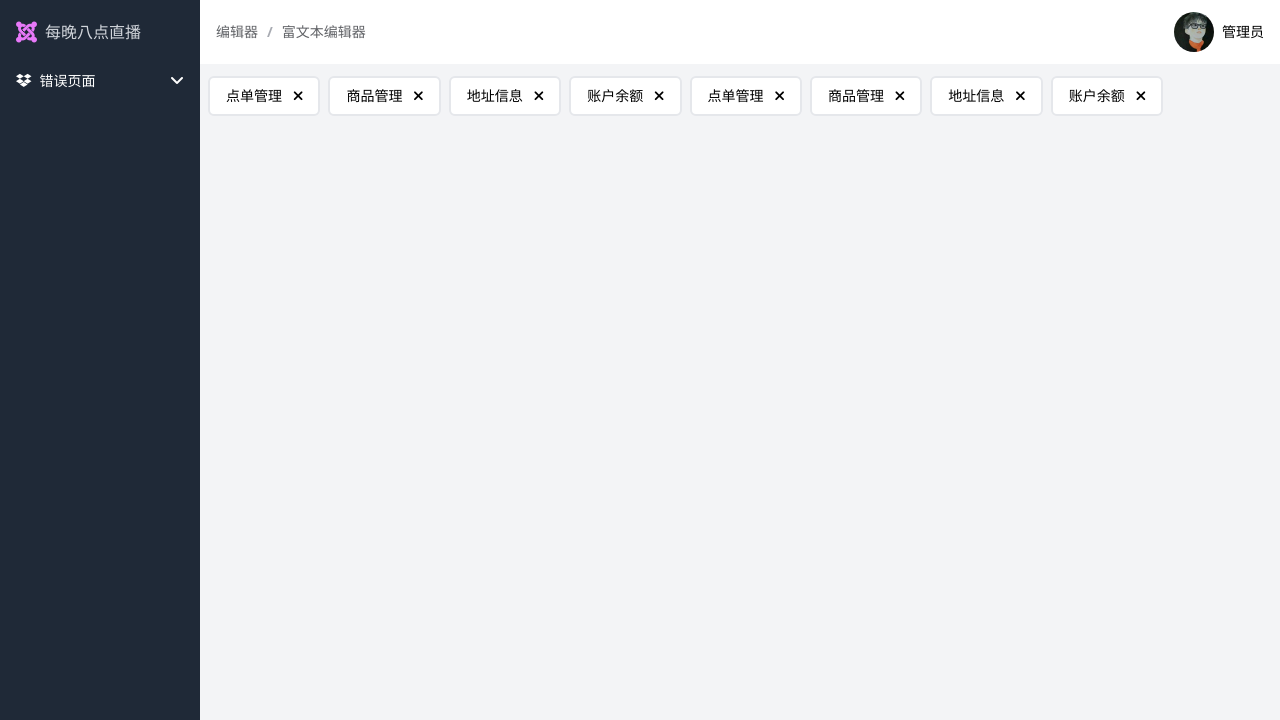
Repository: liangyingbo/vite-vue-TS
Page: /#/admin
An editor plug-in stored every save of this project. The page is shown before and after a run of saves, followed by the edit.
The browser window is 1280 px wide. The pictures show the whole page.
The project was rebuilt for these pictures with package versions that can differ from the ones it lists, and the page was loaded fresh each time. Also part of the build but not shown: vite.config.ts, src/components/form/HdButton.vue, src/components/form/HdInput.vue, src/components/form/hdLink.vue, src/styles/global.scss.

Above is the page before, as saved 2022-11-20 09:10:12.

### index.html
<!DOCTYPE html>
<html lang="en">
  <head>
    <meta charset="UTF-8" />
    <link rel="icon" type="image/svg+xml" href="/vite.svg" />
    <meta name="viewport" content="width=device-width, initial-scale=1.0" />
    <link href="https://cdn.bootcdn.net/ajax/libs/font-awesome/6.2.0/css/all.css" rel="stylesheet">
    <title>Vite + Vue + TS</title>
  </head>
  <body>
    <div id="app"></div>
    <script src="https://cdn.bootcdn.net/ajax/libs/echarts/5.4.0/echarts.min.js"></script>
    <script type="module" src="/src/main.ts"></script>
  </body>
</html>

### src/main.ts
import { createApp } from 'vue'
import router, { setupRouter } from '@/router'
import { setupPlugins } from '@/plugins'
import '@/styles/global.scss'
import App from './App.vue'

async function bootstrap() {
    const app = createApp(App)
    setupRouter(app)
    setupPlugins(app)
    await router.isReady()
    app.mount('#app')
}
bootstrap()

### src/router/index.ts
import { App } from 'vue';
import { createRouter, createWebHashHistory } from 'vue-router'
import routes from './routes';
import layoutRoutes from './autoLoad/index';
import guard from './guard';
const router = createRouter({
    history: createWebHashHistory(),
    routes : [...routes,...layoutRoutes]
})
export function setupRouter(app:App){

    guard(router)
    app.use(router)
}

export default router;

### src/plugins/index.ts
import { App } from "vue";
import setupElementPlus from "./elementPlusUI";
import setupPinia from "./pinia";
import { setupTailWindCssPlugin } from "./tailwindcss";

export function setupPlugins(app: App) {
    autoRegisterComponent(app)
    setupTailWindCssPlugin()
    setupElementPlus(app)
    setupPinia(app)
}



function autoRegisterComponent(app: App) {
    const components = import.meta.glob('../components/form/*.vue', { eager: true })
    Object.keys(components).forEach(key => {
        const name = key.split('/').pop()?.split('.')[0] as string

        app.component(name, components[key]?.default)

    })
}

### src/App.vue
<script setup lang="ts">

// import {info} from '@/apis/userApi'

//const response =  info()
// console.log(response.then(res=>res.data.age))
// console.log()

 </script>

 <template>

    <router-view ></router-view>
 </template>

<style scoped>
</style>

### src/router/routes.ts
import { RouteRecordRaw } from "vue-router"
 const routes = [
    {
        path:'/home',
        name:'home',
        component:() => import("@/views/home.vue"),
    }
]  as  RouteRecordRaw[]

export default routes

### src/router/autoLoad/index.ts
import { RouteRecordRaw } from "vue-router";
import autoLoadRoutesByModule from "./module";
import getRoutes from './view'

let routes = [] as RouteRecordRaw[];

if (import.meta.env.VITE_AUTOLOAD === true || import.meta.env.VITE_AUTOLOAD === 'true') {
    routes = getRoutes()
} else {
    routes = autoLoadRoutesByModule()
}
export default routes

### src/router/guard.ts
import { RouteLocationNormalized, Router } from "vue-router"


class Guard {
    constructor(private router: Router) { }

    public run() {
        this.router.beforeEach((to, from) => {
             if (!this.isLogin(to)) return { name: 'auth.login' }
         })
    }

    private isLogin(route: RouteLocationNormalized) {
          return true
    }
}

export default (router: Router) => {
    new Guard(router).run()
}

### src/plugins/elementPlusUI/index.ts
import { App } from "vue";
import ElementPlus from 'element-plus'
import 'element-plus/dist/index.css'


export default function setupElementPlus(app: App) {
    app.use(ElementPlus)
}

### src/plugins/pinia/index.ts
import { App } from "vue";
import { createPinia } from 'pinia'

export default function setupPinia(app: App) {
    app.use(createPinia())
}

### src/plugins/tailwindcss/index.ts
import './tailwindcss.css'

export function setupTailWindCssPlugin(){

}

### src/router/autoLoad/module.ts
import { RouteRecordRaw } from "vue-router"

export default function autoLoadRoutesByModule() {
    const moduleRoute = import.meta.glob('../module/*.ts',{eager:true})
    const route = [] as RouteRecordRaw[]
    Object.keys(moduleRoute).forEach(key =>{

        route.push(moduleRoute[key]?.default)
    })
    return route
}

### src/router/autoLoad/view.ts
import { RouteRecordRaw } from "vue-router";


const layout = import.meta.glob('../../layouts/*vue')
const children = import.meta.glob('../../views/**/*.vue')

function getRoutes() {
    const layoutRoutes = [] as RouteRecordRaw[]
     Object.entries(layout).forEach(([file, module]) => {
        const route = getRouteByModule(file, module)
         route.children = getChildrenRoutes(route)
        layoutRoutes.push(route)
    })
    return layoutRoutes
}


// 根据布局路由匹配子路由
function getChildrenRoutes(layoutRoute: RouteRecordRaw) {
    const routes = [] as RouteRecordRaw[]
    Object.entries(children).forEach(([file, module]) => {
        if (file.includes(`../views/${layoutRoute.name as string}`)) {
            const route = getRouteByModule(file, module)
            routes.push(route)
        }
    })
    return routes
}

function getRouteByModule(file: string, module: () => Promise<unknown>) {
    const name = file.replace(/.+layouts\/|.+views\/|\.vue/gi, '')
    const route = {
        name: name.replace('/', '.'),
        path: `/${name}`,
        component: module
    } as RouteRecordRaw
    console.log(route)
    return route
}
export default getRoutes

### src/router/module/admin.ts
import { RouteRecordRaw } from "vue-router";

export default {
    name:'admin',
    path:'/admin',
    component: () => import('@/layouts/admin.vue'),
    children:[
        {
            name:'admin/home',
            path:'home',
            component:() => import("@/views/admin/home.vue")
        }
    ]
} as RouteRecordRaw

### src/router/module/editor.ts
import { RouteRecordRaw } from "vue-router";

export default {
    name:'editor',
    path:'/editor',
    component: () => import('@/layouts/editor.vue'),
    children:[
        {
            name:'editor/markdown',
            path:'markdown',
            component:() => import("@/views/editor/markdown.vue")
        },
        {
            name:'editor/base',
            path:'base',
            component:() => import("@/views/editor/base.vue")
        },

    ]
} as RouteRecordRaw

### src/router/module/errors.ts
import { RouteRecordRaw } from "vue-router";

export default {
    name:'error',
    path:'/error',
    component: () => import('@/layouts/admin.vue'),
    meta:{show:true,title:'错误页面',icon:'fab fa-dropbox'},
    children:[
        {
            name:'error.404',
            path:'404',
            component:() => import("@/views/errors/404.vue"),
            meta:{show:true,title:'404页面',icon:'fab fa-dropbox'},
        },
        {
            name:'error.403',
            path:'403',
            component:() => import("@/views/errors/403.vue"),
            meta:{show:true,title:'403页面',icon:'fab fa-dropbox'},

        },
        {
            name:'error.500',
            path:'500',
            component:() => import("@/views/errors/500.vue")
        }
    ]
} as RouteRecordRaw

### src/layouts/admin.vue
<template>
  <div class="admin w-screen min-h-screen flex overflow-hidden">
    <menu-component class="hidden md:block"/>
    <div class="bg-gray-100 flex-1">
      <navbar />
      <HistoryLink class="hidden md:block"/>
      <div class="mt-3 px">
        <router-view></router-view>
      </div>
    </div>
  </div>
</template>

<script lang="ts" setup>
import HistoryLink from "./admin/historyLink.vue";
import menuComponent from "./admin/menu.vue";
import navbar from "./admin/navbar.vue";
</script>

<style lang="scss" scoped></style>

### src/layouts/admin/historyLink.vue
<template>
  <div>
    <div class="mt-3 ml-2 grid grid-flow-col justify-start gap-2">
      <a
        v-for="(l, index) of list"
        :key="index"
        href=""
        class="bg-white border-2 px-4 py-2 rounded-md cursor-pointer text-sm"
        >{{ l.title }}
        <i class="fas fa-xmark ml-2"></i>
      </a>
    </div>
  </div>
</template>

<script lang="ts" setup>
import { ref } from "vue";

const list = ref<{ title: string }[]>([
  {
    title: "点单管理",
  },
  {
    title: "商品管理",
  },
  {
    title: "地址信息",
  },
  {
    title: "账户余额",
  },
  {
    title: "点单管理",
  },
  {
    title: "商品管理",
  },
  {
    title: "地址信息",
  },
  {
    title: "账户余额",
  },
]);
</script>

<style lang="scss" scoped></style>

### src/layouts/admin/menu.vue
<template>
      <div class="w-[200px] py-2 bg-gray-800">
      <div class="text-white flex items-center py-2 px-4">
        <i class="fab fa-joomla text-2xl text-fuchsia-400 mr-2"></i>
        <span class="text-base text-gray-300">每晚八点直播</span>
      </div>
      <div class="left-container">
        <dl v-for="(route, index) of routerStore.routes" :key="index">
          <dt @click="handle(route)">
            <div>
              <i :class="route.meta.icon" class="text-[15px]"></i>
              <span class="ml-2 text-[14px]">{{ route.meta.title }}</span>
            </div>
            <i class="fas fa-angle-down duration-500" :class="{'rotate-180':route.meta.isClick}" ></i>
          </dt>
          <dd
            v-show="route.meta.isClick"
            :class="{ active: routeChild.meta?.isClick }"
            v-for="(routeChild, key) in route.children"
            :key="key"
          >
            {{ routeChild.meta?.title }}
          </dd>
        </dl>
      </div>
    </div>
</template>


<script lang="ts" setup>
import { ref } from "vue";
import { router } from '@/store/router';
import { RouteRecordNormalized, RouteRecordRaw } from "vue-router";

const routerStore = router()

const handle = (pRoute: RouteRecordNormalized , cRoute?:RouteRecordRaw ) => {
  resetMenu();
  pRoute.meta.isClick = true;
  if(cRoute && cRoute.meta){
    cRoute.meta.isClick = true;
  }
};

const resetMenu = () => {
  routerStore.routes.forEach(route => {
    route.meta.isClick = false;
    route.children?.forEach(route => {
     if(route.meta) route.meta.isClick = false
    });
  });
};
</script>


<style lang="scss" scoped>
.admin {
  .left-container {
    dl {
      @apply text-white mt-3 mx-4;
      dt {
        @apply flex justify-between items-center cursor-pointer;
      }
      dd {
        @apply my-2 px-4 py-2 rounded-md text-gray-200 cursor-pointer  hover:bg-violet-600 duration-300 text-sm;
        &.active {
          @apply bg-violet-400;
        }
      }
    }
  }
}
</style>

### src/layouts/admin/navbar.vue
<template>
  <div class="flex justify-between px-4 py-3 bg-white">
    <el-breadcrumb separator="/" class="flex items-center">
      <el-breadcrumb-item>编辑器</el-breadcrumb-item>
      <el-breadcrumb-item>富文本编辑器</el-breadcrumb-item>
    </el-breadcrumb>
    <div class="flex items-center justify-center relative group">
      <img src="images/avatar.jpg" class="w-10 h-10 rounded-full" />
      <span class="text-sm ml-2">管理员</span>

      <section
        class="group-hover:block absolute px-2 py-2 top-full whitespace-nowrap cursor-pointer border-2 rounded-md border-gray-500 hidden"
      >
        <div class="flex items-center border-2 b">
          <i class="fab fa-github-alt mr-2 text-lg"></i>
          <a class="text-sm text-gray-600">网站首页</a>
        </div>
        <div class="flex items-center">
          <i class="fab fa-github-alt mr-2 text-lg"></i>
          <a class="text-sm text-gray-600">用户中心</a>
        </div>
        <div class="flex items-center">
          <i class="fab fa-github-alt mr-2 text-lg"></i>
          <a class="text-sm text-gray-600">会员中心</a>
        </div>
      </section>
    </div>
  </div>
</template>

<script lang="ts" setup></script>

<style lang="scss" scoped></style>

### src/store/router.ts
import { defineStore } from 'pinia'
import { RouteLocationNormalized, useRouter } from 'vue-router'


export const router = defineStore('router', {
    state: () => {
        return {
            routes: getRoutes()
        }
    },
})

function getRoutes() {
    const router = useRouter()
    const  routes = router.getRoutes().filter(route => route.children.length && route.meta.show).map(route => {
       route.children =  route.children.filter(c=>c.meta?.show)
       return route
    })
    return routes
}

Loaded but not shown: src/plugins/tailwindcss/tailwindcss.css (common file); tailwind.config.cjs (common file)

After the next 2 saves:
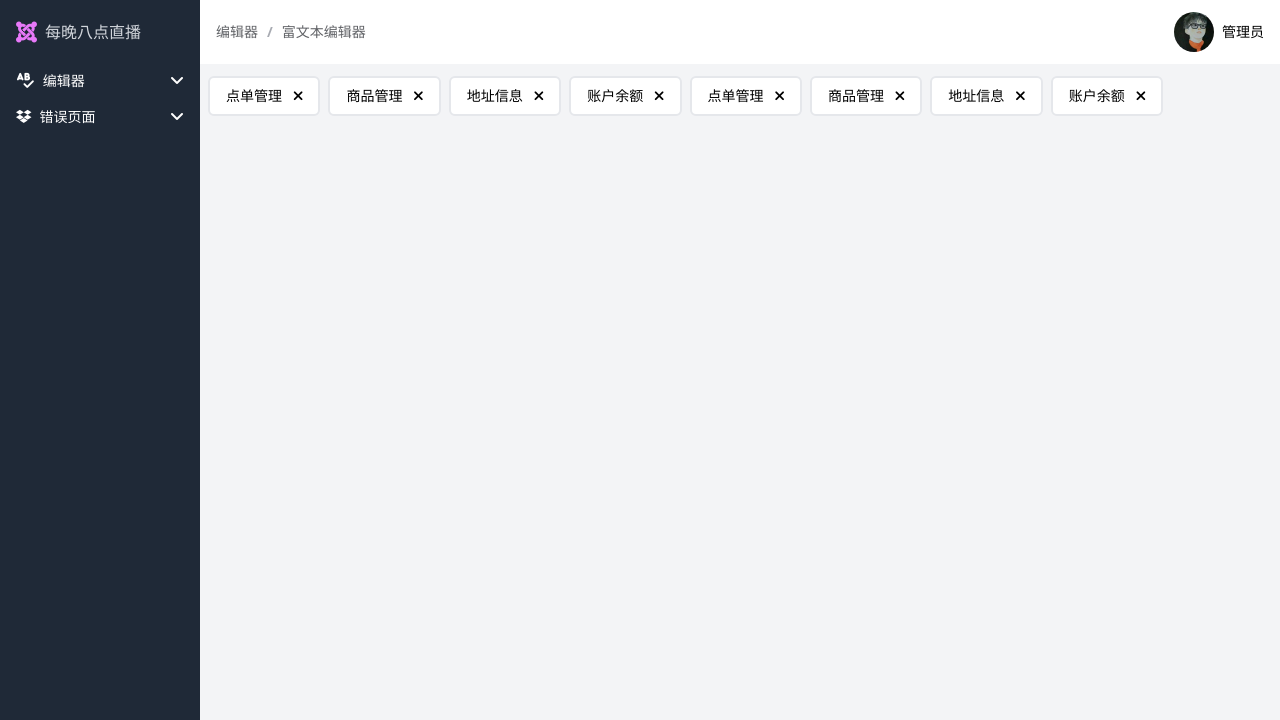
The 2 saves are shown as one change because they came seconds apart.
The last was saved 5 min 43 s later.
--- a/src/router/module/editor.ts
+++ b/src/router/module/editor.ts
@@ -4,6 +4,7 @@ export default {
     name:'editor',
     path:'/editor',
     component: () => import('@/layouts/editor.vue'),
+    meta:{title:'编辑器',icon:'fas fa-spell-check',show:true},
     children:[
         {
             name:'editor/markdown',
